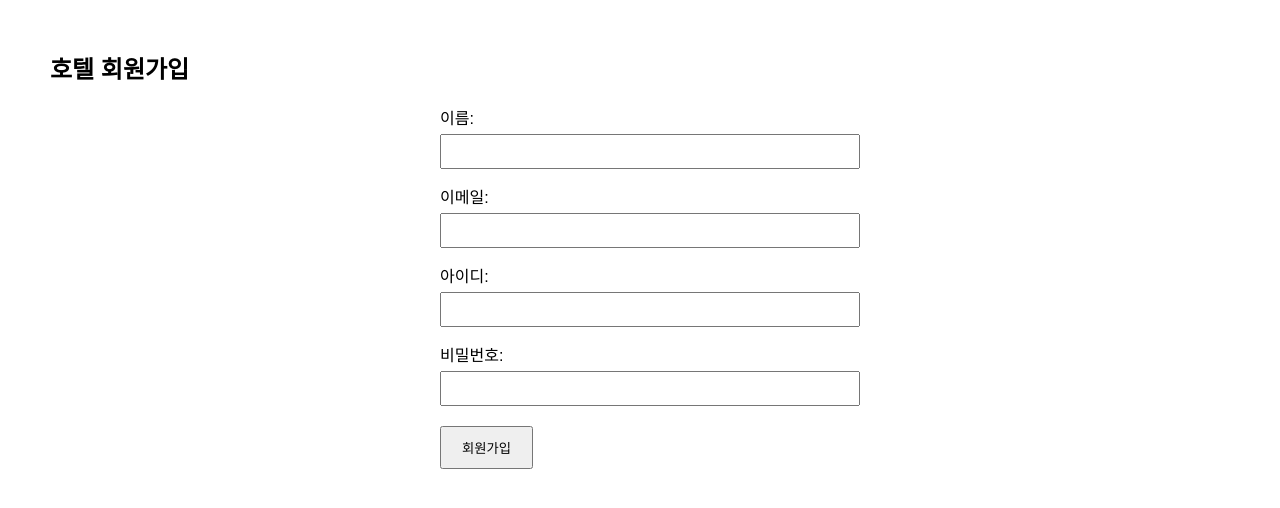
Repository: DearMyStore/ui-test
Page: http://localhost/HotelReservationSystem/register.jsp
The author's editor kept a copy of each file at every save. The page is drawn from the files as they stood at one save, then again after the next save.
The browser window is 1280 px wide. The pictures show the whole page.
The page is served by Tomcat 9.

Above is the page before, as saved 2025-05-27 13:22:39.

### HRS/HotelReservationSystem/src/main/webapp/register.jsp
<%@ page language="java" contentType="text/html; charset=UTF-8" pageEncoding="UTF-8"%>
<!DOCTYPE html>
<html>
<head>
    <meta charset="UTF-8">
    <title>호텔 회원가입</title>
    <style>
        body { font-family: Arial, sans-serif; margin: 50px; }
        form { max-width: 400px; margin: auto; }
        label { display: block; margin-top: 15px; }
        input[type="text"], input[type="email"], input[type="password"] {
            width: 100%; padding: 8px; margin-top: 5px;
        }
        input[type="submit"] {
            margin-top: 20px; padding: 10px 20px;
        }
    </style>
</head>
<body>
    <h2>호텔 회원가입</h2>
    <form action="RegisterServlet" method="post">
        <label for="name">이름:</label>
        <input type="text" id="name" name="name" required>

        <label for="email">이메일:</label>
        <input type="email" id="email" name="email" required>

        <label for="username">아이디:</label>
        <input type="text" id="username" name="username" required>

        <label for="password">비밀번호:</label>
        <input type="password" id="password" name="password" required>

        <input type="submit" value="회원가입">
    </form>
</body>
</html>

After the next save:
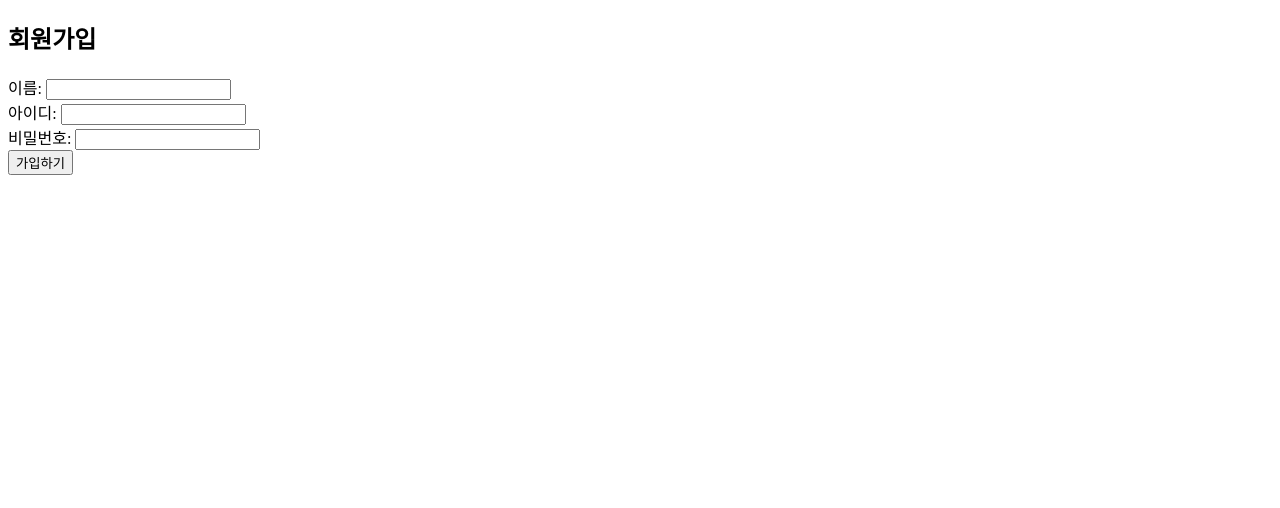
Saved 2 min 0 s later.
--- a/HRS/HotelReservationSystem/src/main/webapp/register.jsp
+++ b/HRS/HotelReservationSystem/src/main/webapp/register.jsp
@@ -1,37 +1,31 @@
 <%@ page language="java" contentType="text/html; charset=UTF-8" pageEncoding="UTF-8"%>
+<%
+    if ("POST".equalsIgnoreCase(request.getMethod())) {
+        String name = request.getParameter("name");
+        String username = request.getParameter("username");
+        String password = request.getParameter("password");
+
+        session.setAttribute("name", name);
+        session.setAttribute("username", username);
+        session.setAttribute("password", password);
+
+        response.sendRedirect("welcome.jsp");
+        return;
+    }
+%>
 <!DOCTYPE html>
 <html>
 <head>
     <meta charset="UTF-8">
-    <title>호텔 회원가입</title>
-    <style>
-        body { font-family: Arial, sans-serif; margin: 50px; }
-        form { max-width: 400px; margin: auto; }
-        label { display: block; margin-top: 15px; }
-        input[type="text"], input[type="email"], input[type="password"] {
-            width: 100%; padding: 8px; margin-top: 5px;
-        }
-        input[type="submit"] {
-            margin-top: 20px; padding: 10px 20px;
-        }
-    </style>
+    <title>회원가입</title>
 </head>
 <body>
-    <h2>호텔 회원가입</h2>
-    <form action="RegisterServlet" method="post">
-        <label for="name">이름:</label>
-        <input type="text" id="name" name="name" required>
-
-        <label for="email">이메일:</label>
-        <input type="email" id="email" name="email" required>
-
-        <label for="username">아이디:</label>
-        <input type="text" id="username" name="username" required>
-
-        <label for="password">비밀번호:</label>
-        <input type="password" id="password" name="password" required>
-
-        <input type="submit" value="회원가입">
+    <h2>회원가입</h2>
+    <form method="post">
+        이름: <input type="text" name="name" required><br>
+        아이디: <input type="text" name="username" required><br>
+        비밀번호: <input type="password" name="password" required><br>
+        <input type="submit" value="가입하기">
     </form>
 </body>
 </html>
